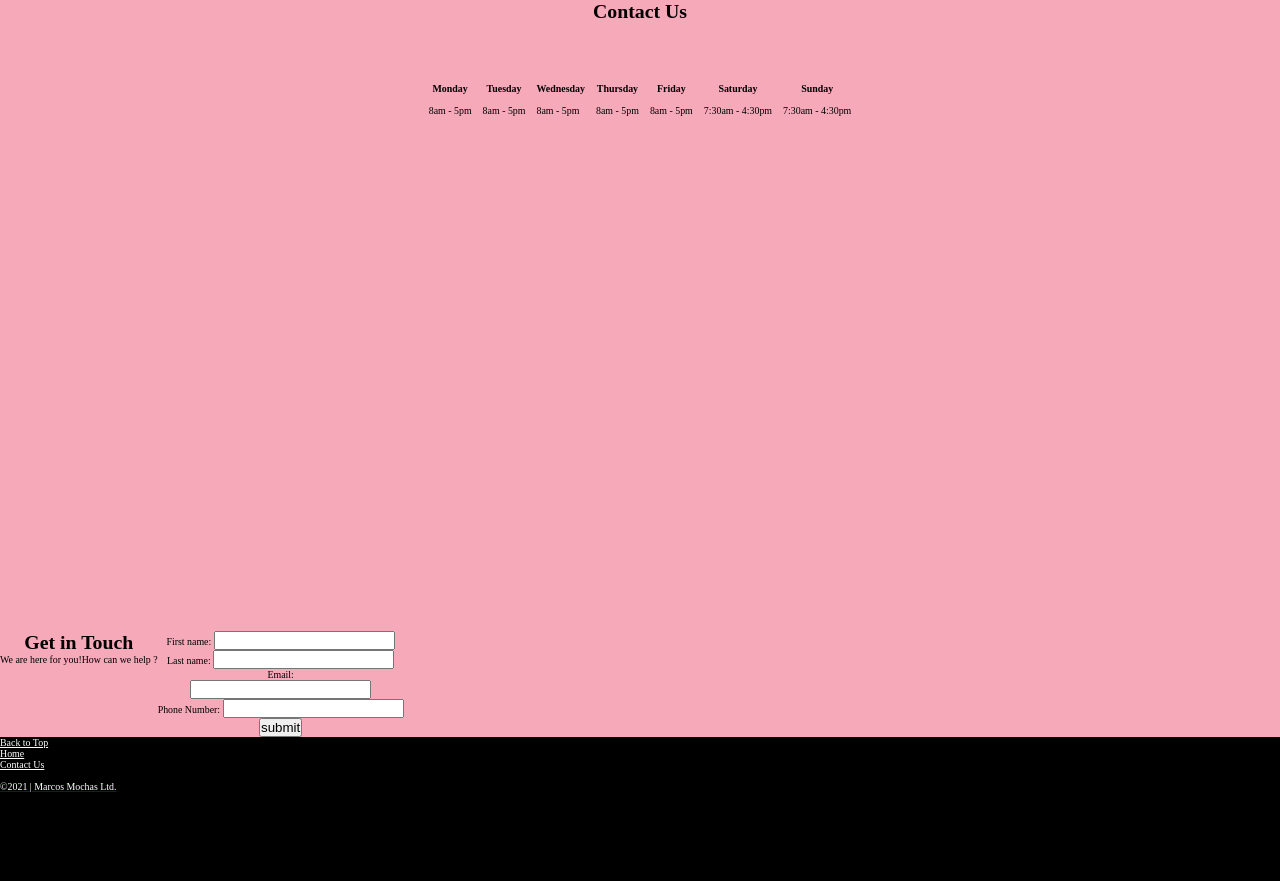
Repository: CAMPSLOPY/marcos-mochas
Page: HTML/contact.html
These files come from the project's save history. The page is drawn as it stood at one moment and after the next save; the edit follows.
The browser window is 1280 px wide. The pictures show the whole page.

Above is the page before, as saved 2021-07-02 18:01:20.

After the next save:
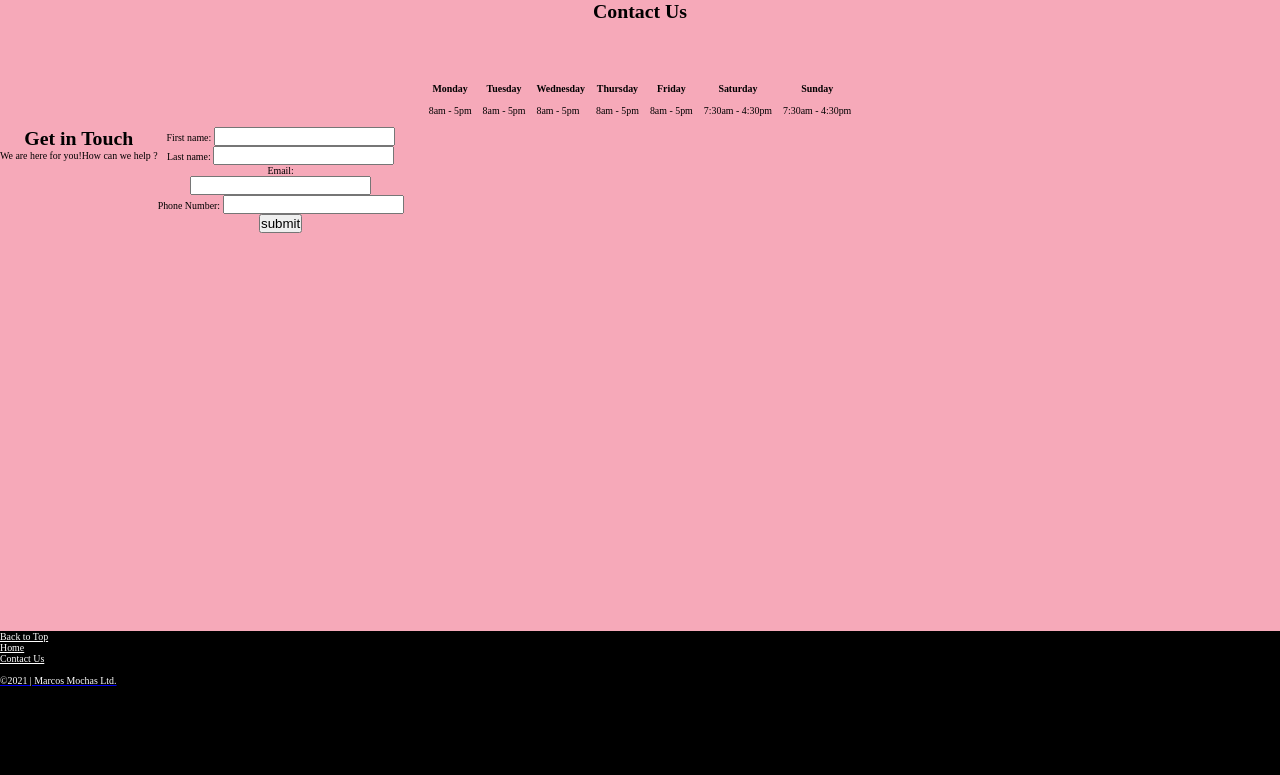
Saved 6 s later.
--- a/HTML/contact.html
+++ b/HTML/contact.html
@@ -44,7 +44,7 @@
         </tr>
         </table>
     </div>
-    <main></main>
+    <main>
 <div class="form-content">
     <div class="form-content-text">
     <h1>Get in Touch</h1>
